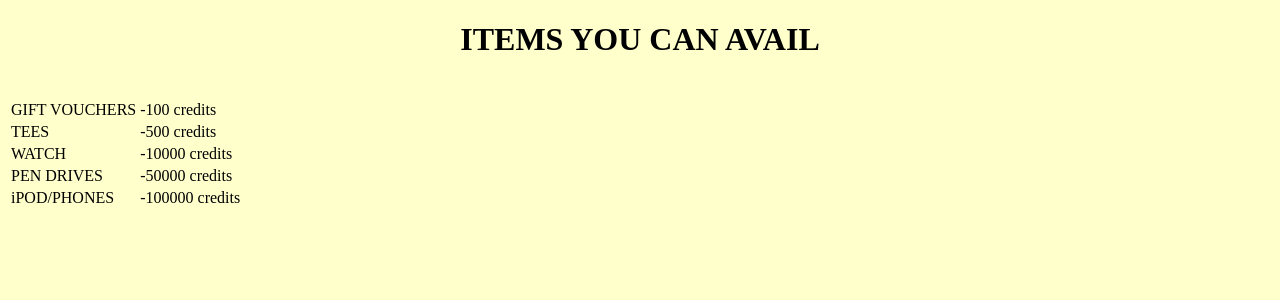
Repository: nicks707/LocoShack_TGMC-project
Page: ram/WebContent/goodieslist.html
The author's editor kept a copy of each file at every save. The page is drawn from the files as they stood at one save, then again after the next save.
The browser window is 1280 px wide. The pictures show the whole page.

Above is the page before, as saved 2012-03-21 05:06:36.

### ram/WebContent/goodieslist.html
<!DOCTYPE html PUBLIC "-//W3C//DTD HTML 4.01 Transitional//EN" "http://www.w3.org/TR/html4/loose.dtd">
<html>
<head>
<meta http-equiv="Content-Type" content="text/html; charset=ISO-8859-1">
<title>Insert title here</title>
</head>
<body bgcolor="#FFFFCC">
<center><b><h1>ITEMS YOU CAN AVAIL</h1></b></center><br/>
<table>
<tr>
<td>GIFT VOUCHERS</td>      <td>      -100 credits</td></tr>
<tr><td>TEES    </td>          <td>       -500 credits</td></tr>
<tr><td>WATCH      </td>       <td>       -10000 credits</td></tr>
<tr><td>PEN DRIVES </td>       <td>       -50000 credits</td></tr>
<tr><td>iPOD/PHONES     </td>  <td>       -100000 credits</td>
</tr>
</table>
</body>
</html>

After the next save:
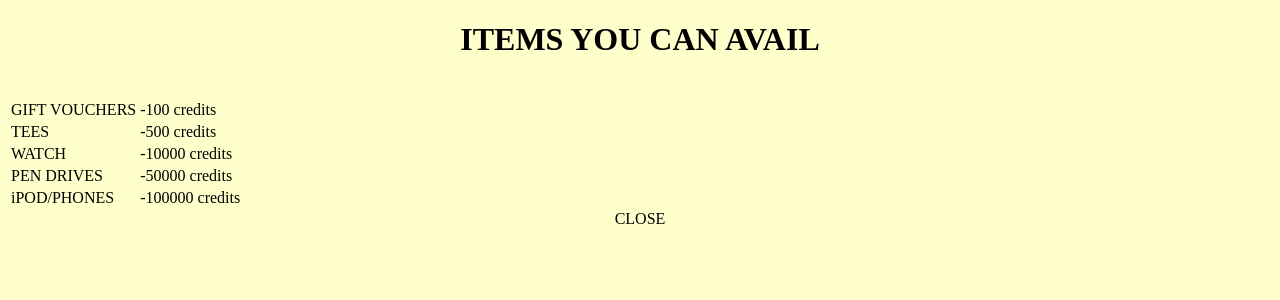
Saved 41 s later.
--- a/ram/WebContent/goodieslist.html
+++ b/ram/WebContent/goodieslist.html
@@ -15,5 +15,6 @@
 <tr><td>iPOD/PHONES     </td>  <td>       -100000 credits</td>
 </tr>
 </table>
+<center><a onclick="window.close()">CLOSE</a></center>
 </body>
 </html>
